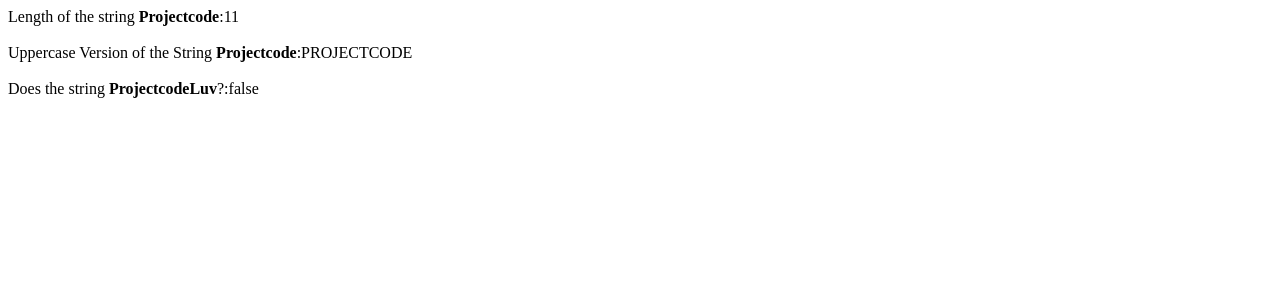
Repository: rohanbhavare1234/BikeServiceWorkspace
Page: http://localhost/tag1demo/function-test.jsp
These files come from the project's save history. The page is drawn as it stood at one moment and after the next save; the edit follows.
The browser window is 1280 px wide. The pictures show the whole page.
The page is served by Tomcat 9. Other server files are loaded and not shown.

Above is the page before, as saved 2023-04-12 12:17:34.

### eclipse-workspace/tag1demo/WebContent/function-test.jsp
<%@ taglib uri="http://java.sun.com/jsp/jstl/core" prefix="c" %>

<%@ taglib uri="http://java.sun.com/jsp/jstl/functions" prefix="fn" %>
<html>
<body>

<c:set var="data" value="Projectcode"/>

Length of the string <b>${data}</b>:${fn:length(data)}

<br/><br/>

Uppercase Version of the String <b>${data}</b>:${fn:toUpperCase(data)}

<br/><br/>
Does the string <b>${data}</b><b>Luv</b>?:${fn:startsWith(data,"Luv")}

</body>
</html>

After the next save:
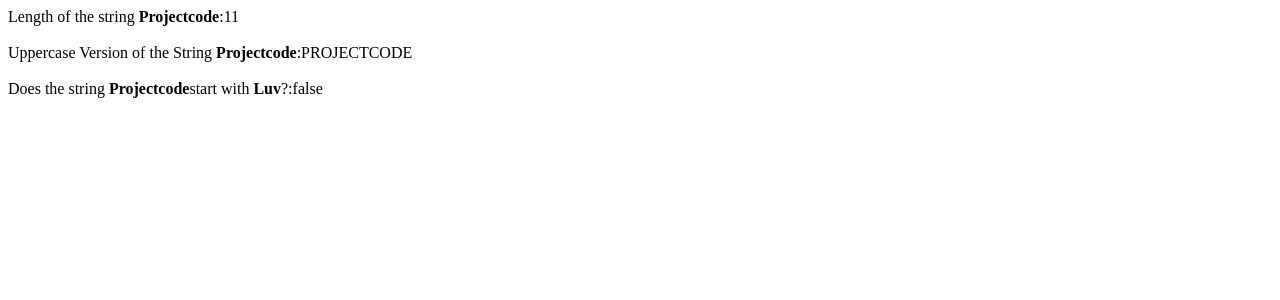
Saved 2 min 12 s later.
--- a/eclipse-workspace/tag1demo/WebContent/function-test.jsp
+++ b/eclipse-workspace/tag1demo/WebContent/function-test.jsp
@@ -13,7 +13,7 @@ Length of the string <b>${data}</b>:${fn:length(data)}
 Uppercase Version of the String <b>${data}</b>:${fn:toUpperCase(data)}
 
 <br/><br/>
-Does the string <b>${data}</b><b>Luv</b>?:${fn:startsWith(data,"Luv")}
+Does the string <b>${data}</b>start with <b>Luv</b>?:${fn:startsWith(data,"Luv")}
 
 </body>
 </html>
